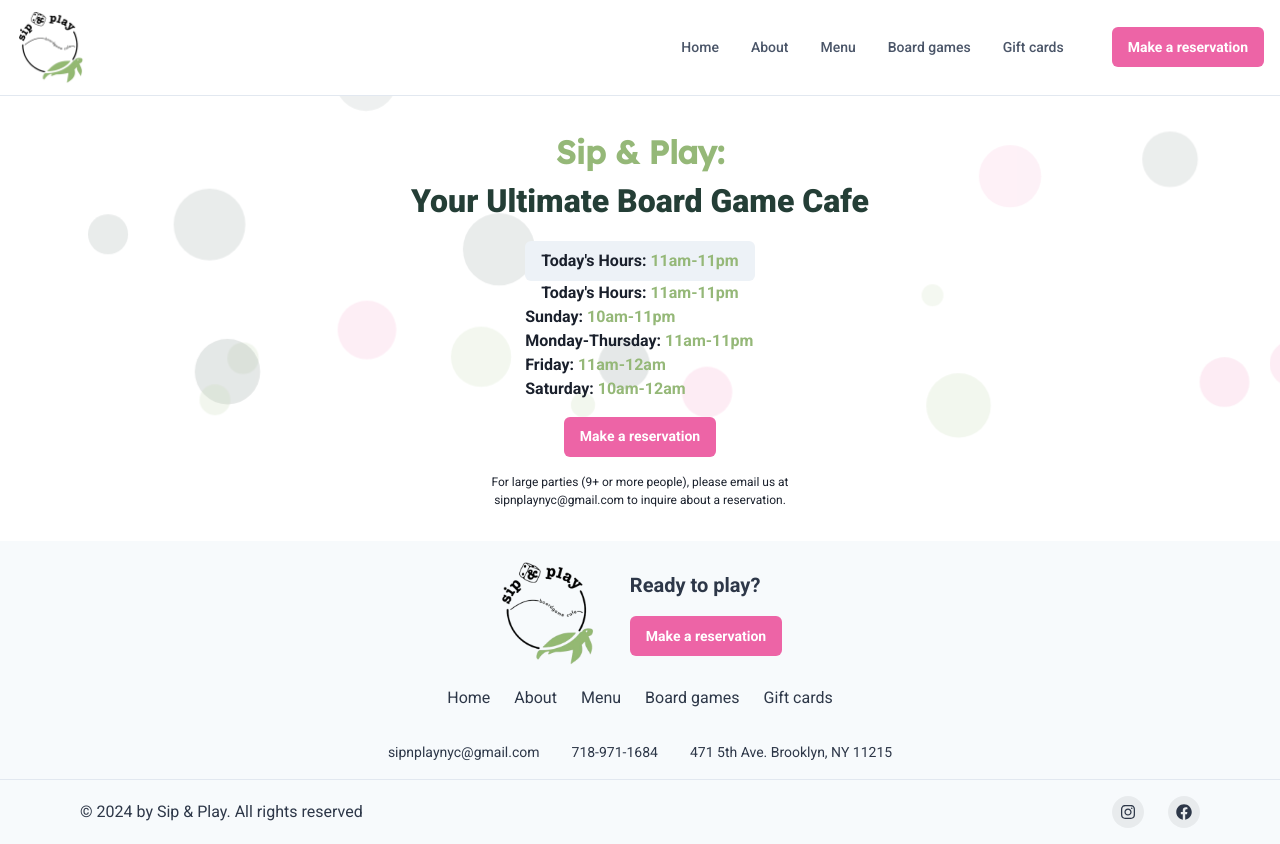
Repository: natespinetti/codedexsummerhackathon
Page: /
The author's editor kept a copy of each file at every save. The page is drawn from the files as they stood at one save, then again after the next save.
The browser window is 1280 px wide. The pictures show the whole page.
The project was rebuilt for these pictures with package versions that can differ from the ones it lists, and the page was loaded fresh each time. The framework's server and built-in components were replaced by stand-ins that run in the browser. Also part of the build but not shown: next.config.mjs.

Above is the page before, as saved 2024-07-11 16:04:01.

### app/layout.tsx
"use client";
import Head from "next/head";
import React from "react";
import Header from "./components/Header";
import Footer from "./components/Footer";
import { Providers } from "./components/Providers";

export default function RootLayout({
  children,
}: {
  children: React.ReactNode;
}) {
  return (
    <html lang="en">
      <Head>
        <title>Sip & Play</title>
        <meta name="description" content="Board games and boba!" />
        <meta name="viewport" content="width=device-width, initial-scale=1" />
        <link rel="icon" href="/favicons/favicon.ico" />
      </Head>
      <body>
        <Providers>
          <Header />
          <main>{children}</main>
          <Footer />
        </Providers>
      </body>
    </html>
  );
}

### app/page.tsx
import Image from "next/image";
import HomeHero from "./components/HomeHero";

export default function Home() {
  return (
    <>
      <HomeHero />
    </>
  );
}

### app/components/Header.tsx
"use client";

import {
  Box,
  Flex,
  Text,
  IconButton,
  Button,
  Stack,
  Collapse,
  Icon,
  Popover,
  PopoverTrigger,
  PopoverContent,
  useColorModeValue,
  useBreakpointValue,
  Image,
  useDisclosure,
} from "@chakra-ui/react";
import {
  HamburgerIcon,
  CloseIcon,
  ChevronDownIcon,
  ChevronRightIcon,
} from "@chakra-ui/icons";
import CurrentDayHours from "./CurrentDaysHours";

export default function Header() {
  const { isOpen, onToggle } = useDisclosure();

  return (
    <Box>
      <Flex
        bg={useColorModeValue("white", "gray.800")}
        color={useColorModeValue("gray.600", "white")}
        minH={"60px"}
        py={{ base: 2 }}
        px={{ base: 4 }}
        borderBottom={1}
        borderStyle={"solid"}
        borderColor={useColorModeValue("gray.200", "gray.900")}
        align={"center"}
      >
        <Flex
          flex={{ base: 1, md: "auto" }}
          ml={{ base: -2 }}
          display={{ base: "flex", md: "none" }}
        >
          <IconButton
            onClick={onToggle}
            icon={
              isOpen ? <CloseIcon w={3} h={3} /> : <HamburgerIcon w={5} h={5} />
            }
            variant={"ghost"}
            aria-label={"Toggle Navigation"}
          />
        </Flex>
        <Flex flex={{ base: 1 }} justify={{ base: "center", md: "start" }}>
          <Text
            textAlign={useBreakpointValue({ base: "center", md: "left" })}
            fontFamily={"heading"}
            color={useColorModeValue("gray.800", "white")}
          >
            <Image
              maxW="70px"
              src="/logos/sipnplay2.png"
              alt="Sip & Play Logo"
            />
          </Text>

          <Flex
            display={{ base: "none", md: "flex" }}
            mr={10}
            alignItems="center"
            ml="auto"
          >
            <DesktopNav />
          </Flex>
        </Flex>

        <Stack
          flex={{ base: 1, md: 0 }}
          justify={"flex-end"}
          direction={"row"}
          spacing={6}
        >
          {/* <Button
            as={"a"}
            fontSize={"sm"}
            fontWeight={400}
            variant={"link"}
            href={"#"}
          >
            Sign In
          </Button> */}
          <Button
            as={"a"}
            display={{ base: "none", md: "inline-flex" }}
            fontSize={"sm"}
            fontWeight={600}
            color={"white"}
            bg={"pink.400"}
            href={"https://www.exploretock.com/sipnplay/"}
            target="_blank"
            _hover={{
              bg: "pink.300",
            }}
          >
            Make a reservation
          </Button>
        </Stack>
      </Flex>

      <Collapse in={isOpen} animateOpacity>
        <MobileNav />
      </Collapse>
    </Box>
  );
}

const DesktopNav = () => {
  const linkColor = useColorModeValue("gray.600", "gray.200");
  const linkHoverColor = useColorModeValue("gray.800", "white");
  const popoverContentBgColor = useColorModeValue("white", "gray.800");

  return (
    <Stack direction={"row"} spacing={4}>
      {NAV_ITEMS.map((navItem) => (
        <Box key={navItem.label}>
          <Popover trigger={"hover"} placement={"bottom-start"}>
            <PopoverTrigger>
              <Box
                as="a"
                p={2}
                href={navItem.href ?? "#"}
                fontSize={"sm"}
                fontWeight={500}
                color={linkColor}
                _hover={{
                  textDecoration: "none",
                  color: linkHoverColor,
                }}
              >
                {navItem.label}
              </Box>
            </PopoverTrigger>

            {navItem.children && (
              <PopoverContent
                border={0}
                boxShadow={"xl"}
                bg={popoverContentBgColor}
                p={4}
                rounded={"xl"}
                minW={"sm"}
              >
                <Stack>
                  {navItem.children.map((child) => (
                    <DesktopSubNav key={child.label} {...child} />
                  ))}
                </Stack>
              </PopoverContent>
            )}
          </Popover>
        </Box>
      ))}
    </Stack>
  );
};

const DesktopSubNav = ({ label, href, subLabel }: NavItem) => {
  return (
    <Box
      as="a"
      href={href}
      role={"group"}
      display={"block"}
      p={2}
      rounded={"md"}
      _hover={{ bg: useColorModeValue("pink.50", "gray.900") }}
    >
      <Stack direction={"row"} align={"center"}>
        <Box>
          <Text
            transition={"all .3s ease"}
            _groupHover={{ color: "pink.400" }}
            fontWeight={500}
          >
            {label}
          </Text>
          <Text fontSize={"sm"}>{subLabel}</Text>
        </Box>
        <Flex
          transition={"all .3s ease"}
          transform={"translateX(-10px)"}
          opacity={0}
          _groupHover={{ opacity: "100%", transform: "translateX(0)" }}
          justify={"flex-end"}
          align={"center"}
          flex={1}
        >
          <Icon color={"pink.400"} w={5} h={5} as={ChevronRightIcon} />
        </Flex>
      </Stack>
    </Box>
  );
};

const MobileNav = () => {
  return (
    <Stack
      bg={useColorModeValue("white", "gray.800")}
      p={4}
      display={{ md: "none" }}
    >
      {NAV_ITEMS.map((navItem) => (
        <MobileNavItem key={navItem.label} {...navItem} />
      ))}
    </Stack>
  );
};

const MobileNavItem = ({ label, children, href }: NavItem) => {
  const { isOpen, onToggle } = useDisclosure();

  return (
    <Stack spacing={4} onClick={children && onToggle}>
      <Box
        py={2}
        as="a"
        href={href ?? "#"}
        justifyContent="space-between"
        alignItems="center"
        _hover={{
          textDecoration: "none",
        }}
      >
        <Text
          fontWeight={600}
          color={useColorModeValue("gray.600", "gray.200")}
        >
          {label}
        </Text>
        {children && (
          <Icon
            as={ChevronDownIcon}
            transition={"all .25s ease-in-out"}
            transform={isOpen ? "rotate(180deg)" : ""}
            w={6}
            h={6}
          />
        )}
      </Box>

      <Collapse in={isOpen} animateOpacity style={{ marginTop: "0!important" }}>
        <Stack
          mt={2}
          pl={4}
          borderLeft={1}
          borderStyle={"solid"}
          borderColor={useColorModeValue("gray.200", "gray.700")}
          align={"start"}
        >
          {children &&
            children.map((child) => (
              <Box as="a" key={child.label} py={2} href={child.href}>
                {child.label}
              </Box>
            ))}
        </Stack>
      </Collapse>
    </Stack>
  );
};

interface NavItem {
  label: string;
  subLabel?: string;
  children?: Array<NavItem>;
  href?: string;
}

const NAV_ITEMS: Array<NavItem> = [
  {
    label: "Home",
    href: "/",
  },
  {
    label: "About",
    children: [
      {
        label: "Our story",
        subLabel: "Where it all started",
        href: "#",
      },
      {
        label: "Feedback",
        subLabel: "Let us know what you think",
        href: "#",
      },
    ],
  },
  {
    label: "Menu",
    children: [
      {
        label: "Coffee",
        subLabel: "Hot and iced coffee options",
        href: "#",
      },
      {
        label: "Specialty drinks",
        subLabel: "Spice it up with flavors and teas",
        href: "#",
      },
      {
        label: "Boba",
        subLabel: "Who doesn't love boba?",
        href: "#",
      },
      {
        label: "Hot bites",
        subLabel: "Some snacks while you play",
        href: "#",
      },
      {
        label: "Sandwiches & salads",
        subLabel: "Need something more? This is the place",
        href: "#",
      },
      {
        label: "Seasonal specials",
        subLabel: "Bevs to fit the season",
        href: "#",
      },
      {
        label: "Beer/wine",
        subLabel: "Rotating menu from local breweries",
        href: "#",
      },
    ],
  },
  {
    label: "Board games",
    href: "#",
  },
  {
    label: "Gift cards",
    href: "#",
  },
];

### app/components/Footer.tsx
"use client";

import {
  Box,
  chakra,
  Container,
  Stack,
  Text,
  useColorModeValue,
  Button,
  Image,
  VisuallyHidden,
} from "@chakra-ui/react";
import { FaInstagram, FaTwitter, FaYoutube, FaFacebook } from "react-icons/fa";
import { ReactNode } from "react";

const SocialButton = ({
  children,
  label,
  href,
}: {
  children: ReactNode;
  label: string;
  href: string;
}) => {
  return (
    <chakra.button
      bg={useColorModeValue("blackAlpha.100", "whiteAlpha.100")}
      rounded={"full"}
      w={8}
      h={8}
      cursor={"pointer"}
      as={"a"}
      href={href}
      display={"inline-flex"}
      alignItems={"center"}
      justifyContent={"center"}
      transition={"background 0.3s ease"}
      _hover={{
        bg: useColorModeValue("blackAlpha.200", "whiteAlpha.200"),
      }}
    >
      <VisuallyHidden>{label}</VisuallyHidden>
      {children}
    </chakra.button>
  );
};

export default function Footer() {
  return (
    <Box
      bg={useColorModeValue("gray.50", "gray.900")}
      color={useColorModeValue("gray.700", "gray.200")}
    >
      <Container
        as={Stack}
        maxW={"6xl"}
        py={4}
        spacing={4}
        justify={"center"}
        align={"center"}
      >
        <Box display="flex" flexDir="row" alignItems="center" gridGap="2rem">
          <Image
            maxW="100px"
            src="/logos/sipnplay2.png"
            alt="Sip & Play Logo"
          />
          <Box>
            <Text fontWeight={700} fontSize="20px" pb="1rem">
              Ready to play?
            </Text>
            <Button
              as={"a"}
              display={{ base: "none", md: "inline-flex" }}
              fontSize={"sm"}
              fontWeight={600}
              color={"white"}
              bg={"pink.400"}
              href={"https://www.exploretock.com/sipnplay/"}
              target="_blank"
              _hover={{
                bg: "pink.300",
              }}
            >
              Make a reservation
            </Button>
          </Box>
        </Box>
        <Stack direction={"row"} spacing={6}>
          <Box as="a" href={"#"}>
            Home
          </Box>
          <Box as="a" href={"#"}>
            About
          </Box>
          <Box as="a" href={"#"}>
            Menu
          </Box>
          <Box as="a" href={"#"}>
            Board games
          </Box>
          <Box as="a" href={"#"}>
            Gift cards
          </Box>
        </Stack>
        <Box
          display="flex"
          flexDir="row"
          gridGap="2rem"
          fontSize="14px"
          mt="1rem"
        >
          <Text as="a" href={"mailto:sipnplaynyc@gmail.com"}>
            sipnplaynyc@gmail.com
          </Text>
          <Text as="a" href={"tel:718-971-1684"}>
            718-971-1684
          </Text>
          <Text
            as="a"
            target="_blank"
            href={
              "https://www.google.com/maps/dir//471+5th+Ave,+Brooklyn,+NY+11215/@40.6680993,-74.0693463,12z/data=!4m8!4m7!1m0!1m5!1m1!1s0x89c25b963c296a77:0x33cab105836ef465!2m2!1d-73.9869454!2d40.6681286?entry=ttu"
            }
          >
            471 5th Ave. Brooklyn, NY 11215
          </Text>
        </Box>
      </Container>

      <Box
        borderTopWidth={1}
        borderStyle={"solid"}
        borderColor={useColorModeValue("gray.200", "gray.700")}
      >
        <Container
          as={Stack}
          maxW={"6xl"}
          py={4}
          direction={{ base: "column", md: "row" }}
          spacing={4}
          justify={{ base: "center", md: "space-between" }}
          align={{ base: "center", md: "center" }}
        >
          <Text>© 2024 by Sip & Play. All rights reserved</Text>
          <Stack direction={"row"} spacing={6}>
            <SocialButton
              label={"Instagram"}
              href={"https://www.instagram.com/sipnplaynyc/?hl=en"}
            >
              <FaInstagram />
            </SocialButton>
            <SocialButton
              label={"Facebook"}
              href={"https://www.facebook.com/sipnplaynyc/"}
            >
              <FaFacebook />
            </SocialButton>
          </Stack>
        </Container>
      </Box>
    </Box>
  );
}

### app/components/Providers.tsx
import { SPTheme } from "@/ui/theme/theme";
import { ChakraProvider } from "@chakra-ui/react";
import { ReactNode } from "react";

export function Providers({ children }: { children: ReactNode }) {
  return <ChakraProvider theme={SPTheme}>{children}</ChakraProvider>;
}

### app/components/HomeHero.tsx
"use client";
import { Box, Text, Button, keyframes } from "@chakra-ui/react";
import CurrentDayHours from "./CurrentDaysHours";

const bubbleAnimation = keyframes`
  0% {
    transform: translateY(100px) scale(1);
    opacity: 1;
  }
  100% {
    transform: translateY(-1000px) scale(1.5);
    opacity: 0;
  }
`;

const bubbles = new Array(20).fill(0).map((_, index) => ({
  id: index,
  size: Math.random() * 3 + 1,
  left: Math.random() * 100,
  animationDuration: Math.random() * 20 + 10,
  animationDelay: Math.random() * 100,
}));

export default function HomeHero() {
  return (
    <>
      <Box position="relative" overflow="hidden" h="100%" w="100%">
        {bubbles.map((bubble, index) => (
          <Box
            key={bubble.id}
            position="absolute"
            bottom="0"
            left={`${bubble.left}%`}
            width={`${bubble.size}rem`}
            height={`${bubble.size}rem`}
            bg={
              index % 3 === 0
                ? "rgba(148, 185, 115, 0.3)"
                : index % 3 === 1
                ? "rgba(36, 62, 54, 0.3)"
                : "rgba(237, 100, 166, 0.3)"
            }
            borderRadius="50%"
            animation={`${bubbleAnimation} ${bubble.animationDuration}s linear infinite`}
            transitionDelay={`${bubble.animationDelay}s`}
          />
        ))}
        <Box
          position="relative"
          w="100vw"
          p="2rem"
          display="flex"
          flexDir="column"
          justifyItems="center"
          alignItems="center"
          gridGap="1rem"
          bg="rgba(255, 255, 255, 0.5)"
        >
          <Text
            as="h1"
            fontFamily="body"
            fontWeight="900"
            fontSize="2rem"
            color="#243E36"
            textAlign="center"
          >
            <Text
              as="span"
              color="#95b878"
              fontWeight="900"
              fontFamily="heading"
              fontSize="2rem"
            >
              Sip & Play:
              <br />
            </Text>
            Your Ultimate Board Game Cafe
          </Text>
          <CurrentDayHours />
          <Button
            as={"a"}
            display={{ base: "none", md: "inline-flex" }}
            fontSize={"sm"}
            fontWeight={600}
            color={"white"}
            bg={"pink.400"}
            href={"https://www.exploretock.com/sipnplay/"}
            target="_blank"
            _hover={{
              bg: "pink.300",
            }}
          >
            Make a reservation
          </Button>

          <Text
            fontSize="12px"
            w={{ base: "100%", md: "30%" }}
            textAlign="center"
          >
            For large parties (9+ or more people), please email us at{" "}
            <Text as="a" href="mailto:sipnplaynyc@gmail.com">
              sipnplaynyc@gmail.com
            </Text>{" "}
            to inquire about a reservation.
          </Text>
        </Box>
      </Box>
    </>
  );
}

### ui/theme/theme.tsx
import { extendTheme } from "@chakra-ui/react";
import { fonts } from "./fonts";

const overrides = {
  fonts,
};

export const SPTheme = extendTheme(overrides);

### app/components/CurrentDaysHours.tsx
import React from "react";
import { Box, Text } from "@chakra-ui/react";
import {
  Popover,
  PopoverTrigger,
  PopoverContent,
  PopoverHeader,
  PopoverBody,
  PopoverFooter,
  PopoverArrow,
  PopoverCloseButton,
  Button,
  PopoverAnchor,
} from "@chakra-ui/react";

const openingHours: { [key: number]: string } = {
  0: "10am-11pm", //Sunday
  1: "11am-11pm", // Monday
  2: "11am-11pm", // Tuesday
  3: "11am-11pm", // Wednesday
  4: "11am-11pm", // Thursday
  5: "11am-12am", // Friday
  6: "10am-12am", // Saturday
};

export default function CurrentDayHours() {
  const currentDay = new Date().getDay();
  const hours = openingHours[currentDay];

  return (
    <Box textAlign="center" fontSize="16px">
      <Popover>
        <PopoverTrigger>
          <Button>
            <Text fontWeight="bold">
              Today's Hours:{" "}
              <Text color="#95b878" as="span">
                {hours}
              </Text>
            </Text>
          </Button>
        </PopoverTrigger>
        <PopoverContent>
          <PopoverArrow />
          <PopoverCloseButton />
          <PopoverHeader>Confirmation!</PopoverHeader>
          <PopoverBody>
            Are you sure you want to have that milkshake?
          </PopoverBody>
        </PopoverContent>
      </Popover>
      <Text fontWeight="bold">
        Today's Hours:{" "}
        <Text color="#95b878" as="span">
          {hours}
        </Text>
      </Text>
      <Box display="flex" flexDir="column" textAlign="left">
        <Text fontWeight="bold">
          Sunday:{" "}
          <Text color="#95b878" as="span">
            10am-11pm
          </Text>
        </Text>
        <Text fontWeight="bold">
          Monday-Thursday:{" "}
          <Text color="#95b878" as="span">
            11am-11pm
          </Text>
        </Text>
        <Text fontWeight="bold">
          Friday:{" "}
          <Text color="#95b878" as="span">
            11am-12am
          </Text>
        </Text>
        <Text fontWeight="bold">
          Saturday:{" "}
          <Text color="#95b878" as="span">
            10am-12am
          </Text>
        </Text>
      </Box>
    </Box>
  );
}

### ui/theme/fonts.tsx
import { Roboto, Lexend } from "next/font/google";

const roboto = Roboto({
  subsets: ["latin"],
  display: "swap",
  weight: ["100", "300", "400", "500", "700", "900"],
  style: ["normal", "italic"],
});

const lexend = Lexend({
  subsets: ["latin"],
  display: "swap",
  weight: ["300", "400", "500"],
  style: ["normal"],
});

export const fonts = {
  heading: lexend.style.fontFamily,
  body: roboto.style.fontFamily,
};

After the next save:
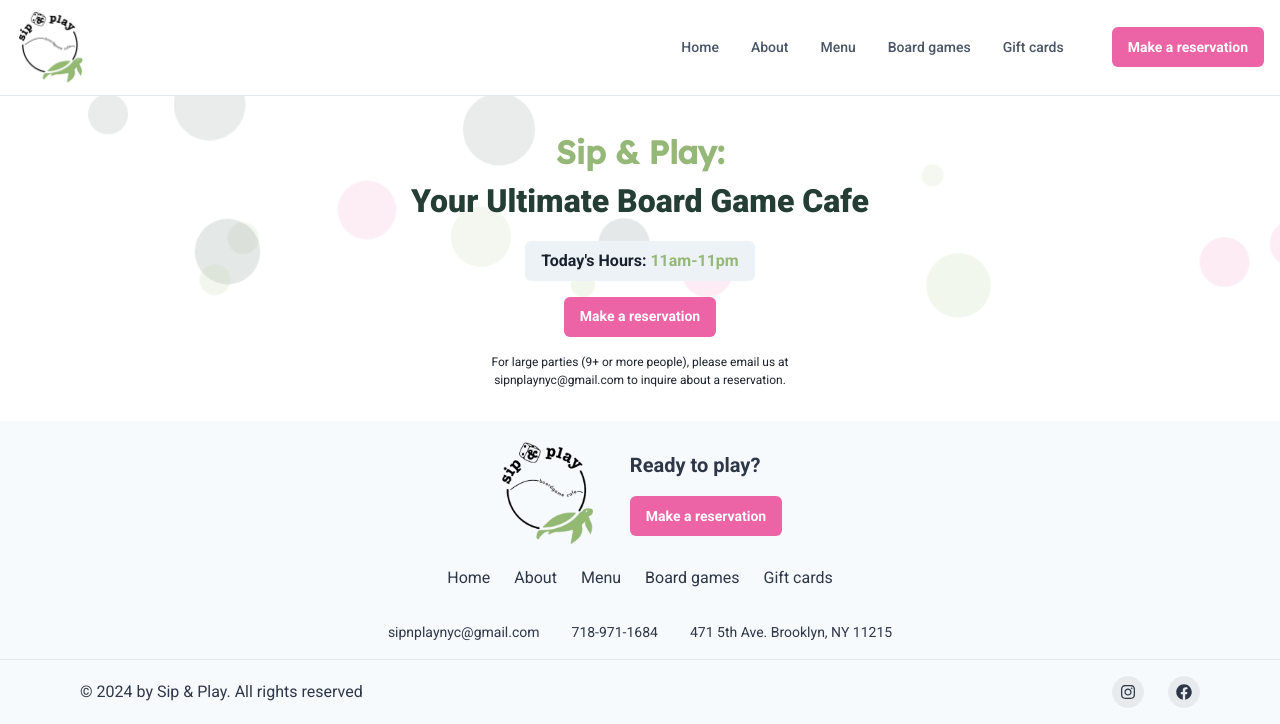
Saved 64 s later.
--- a/app/components/CurrentDaysHours.tsx
+++ b/app/components/CurrentDaysHours.tsx
@@ -43,44 +43,42 @@
         <PopoverContent>
           <PopoverArrow />
           <PopoverCloseButton />
-          <PopoverHeader>Confirmation!</PopoverHeader>
           <PopoverBody>
-            Are you sure you want to have that milkshake?
+            <Box display="flex" flexDir="column" textAlign="left">
+              <Text fontWeight="bold">
+                Sunday:{" "}
+                <Text color="#95b878" as="span">
+                  10am-11pm
+                </Text>
+              </Text>
+              <Text fontWeight="bold">
+                Monday-Thursday:{" "}
+                <Text color="#95b878" as="span">
+                  11am-11pm
+                </Text>
+              </Text>
+              <Text fontWeight="bold">
+                Friday:{" "}
+                <Text color="#95b878" as="span">
+                  11am-12am
+                </Text>
+              </Text>
+              <Text fontWeight="bold">
+                Saturday:{" "}
+                <Text color="#95b878" as="span">
+                  10am-12am
+                </Text>
+              </Text>
+            </Box>
           </PopoverBody>
         </PopoverContent>
       </Popover>
-      <Text fontWeight="bold">
+      {/* <Text fontWeight="bold">
         Today's Hours:{" "}
         <Text color="#95b878" as="span">
           {hours}
         </Text>
-      </Text>
-      <Box display="flex" flexDir="column" textAlign="left">
-        <Text fontWeight="bold">
-          Sunday:{" "}
-          <Text color="#95b878" as="span">
-            10am-11pm
-          </Text>
-        </Text>
-        <Text fontWeight="bold">
-          Monday-Thursday:{" "}
-          <Text color="#95b878" as="span">
-            11am-11pm
-          </Text>
-        </Text>
-        <Text fontWeight="bold">
-          Friday:{" "}
-          <Text color="#95b878" as="span">
-            11am-12am
-          </Text>
-        </Text>
-        <Text fontWeight="bold">
-          Saturday:{" "}
-          <Text color="#95b878" as="span">
-            10am-12am
-          </Text>
-        </Text>
-      </Box>
+      </Text> */}
     </Box>
   );
 }
